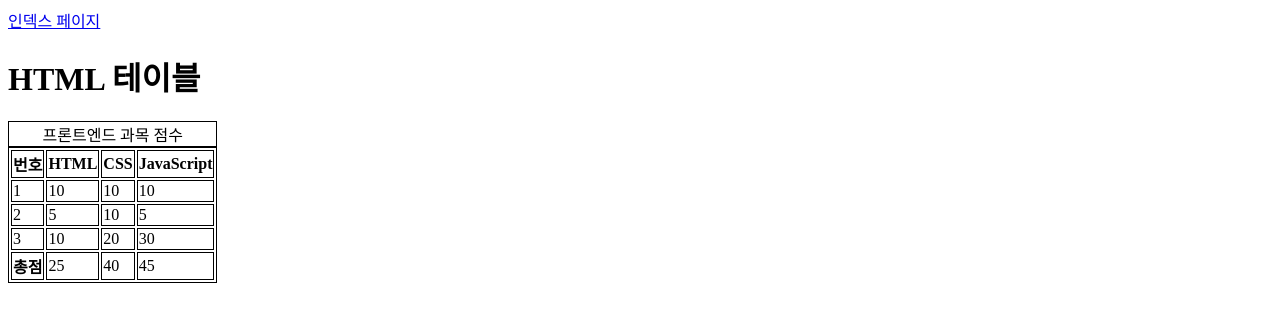
Repository: Sid0130/HTML
Page: lab-web/lab01_html/src/main/webapp/table.html
The author's editor kept a copy of each file at every save. The page is drawn from the files as they stood at one save, then again after the next save.
The browser window is 1280 px wide. The pictures show the whole page.

Above is the page before, as saved 2024-12-03 07:25:15.

After the next save:
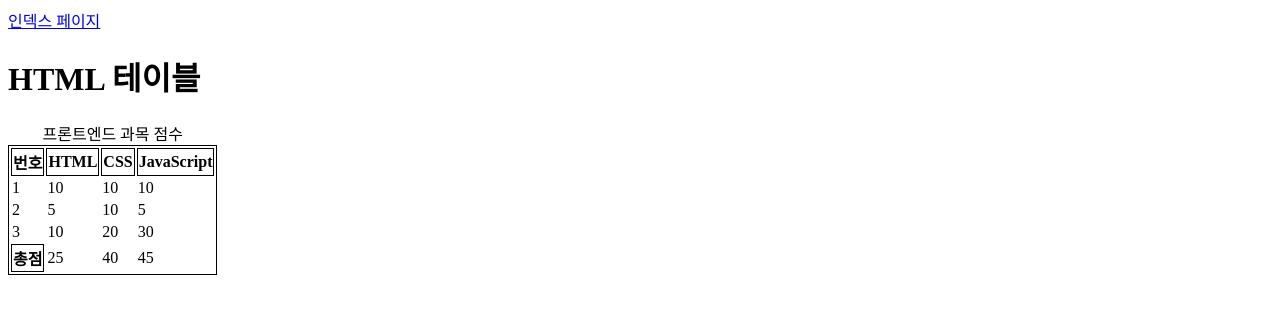
Saved 7 s later.
--- a/lab-web/lab01_html/src/main/webapp/table.html
+++ b/lab-web/lab01_html/src/main/webapp/table.html
@@ -6,7 +6,7 @@
 
         <!-- CSS 설정: -->
         <style>
-            table, th, td, caption {
+            table, th, tr {
                 border: 1px solid black;
 
             }
